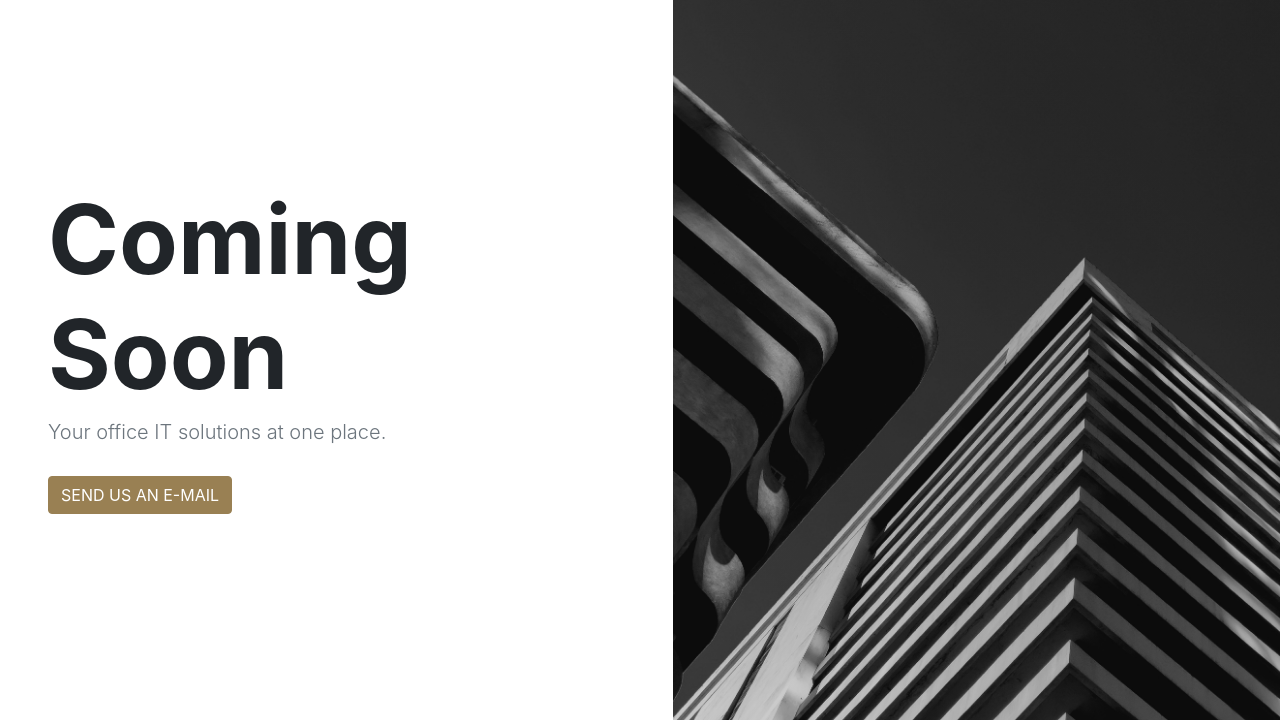
Repository: Thekxgh/website
Page: /
The author's editor kept a copy of each file at every save. The page is drawn from the files as they stood at one save, then again after the next save.
The browser window is 1280 px wide. The pictures show the whole page.
The project was rebuilt for these pictures with package versions that can differ from the ones it lists, and the page was loaded fresh each time.

Above is the page before, as saved 2021-07-14 10:07:59.

After the next save:
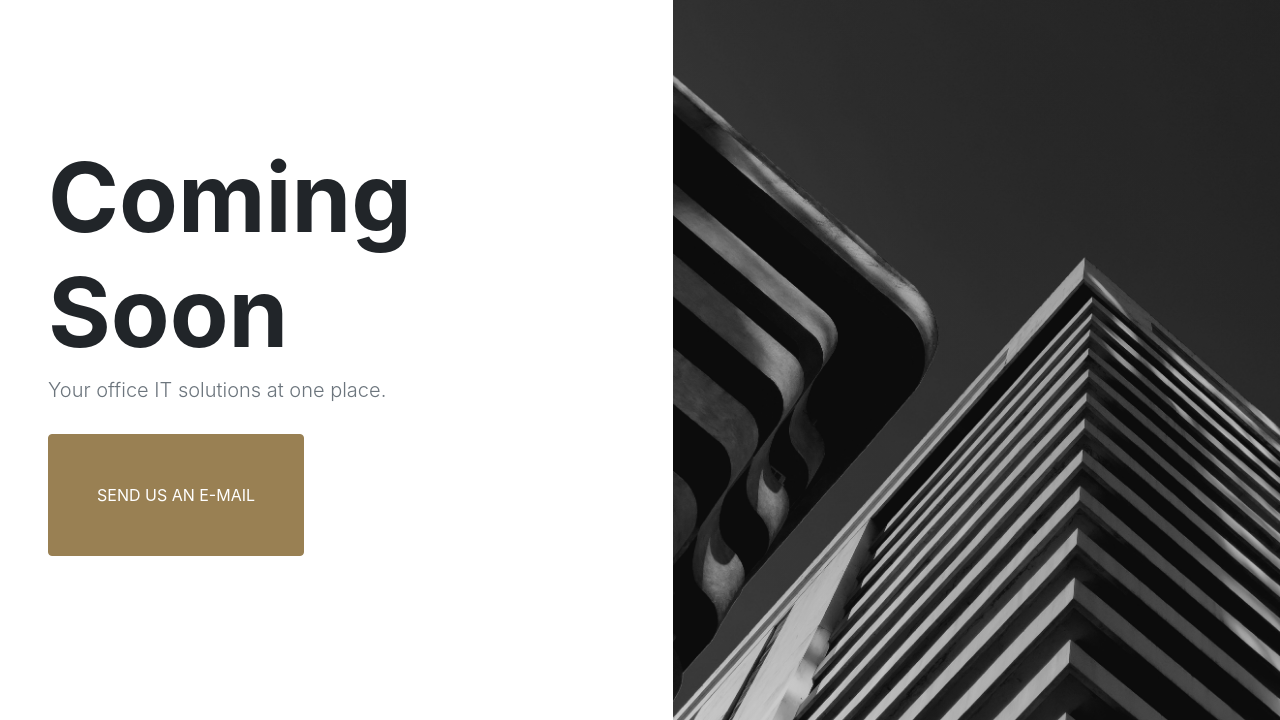
Saved 6 s later.
--- a/src/presentation/LandingPage.tsx
+++ b/src/presentation/LandingPage.tsx
@@ -7,7 +7,7 @@ export const LandingPage = () => {
             <Col className="p-5">
                 <h1 className="display-1 font-weight-bold">Coming Soon</h1>
                 <h5 className="text-muted font-weight-light">Your office IT solutions at one place.</h5>
-                <a className="btn btn-primary my-4" href="mailto:contact@thekxgh.com"> SEND US AN E-MAIL </a>
+                <a className="btn btn-primary p-5 my-4" href="mailto:contact@thekxgh.com"> SEND US AN E-MAIL </a>
             </Col>
             <Col className="side-img min-vh-100"></Col>
         </Row>
